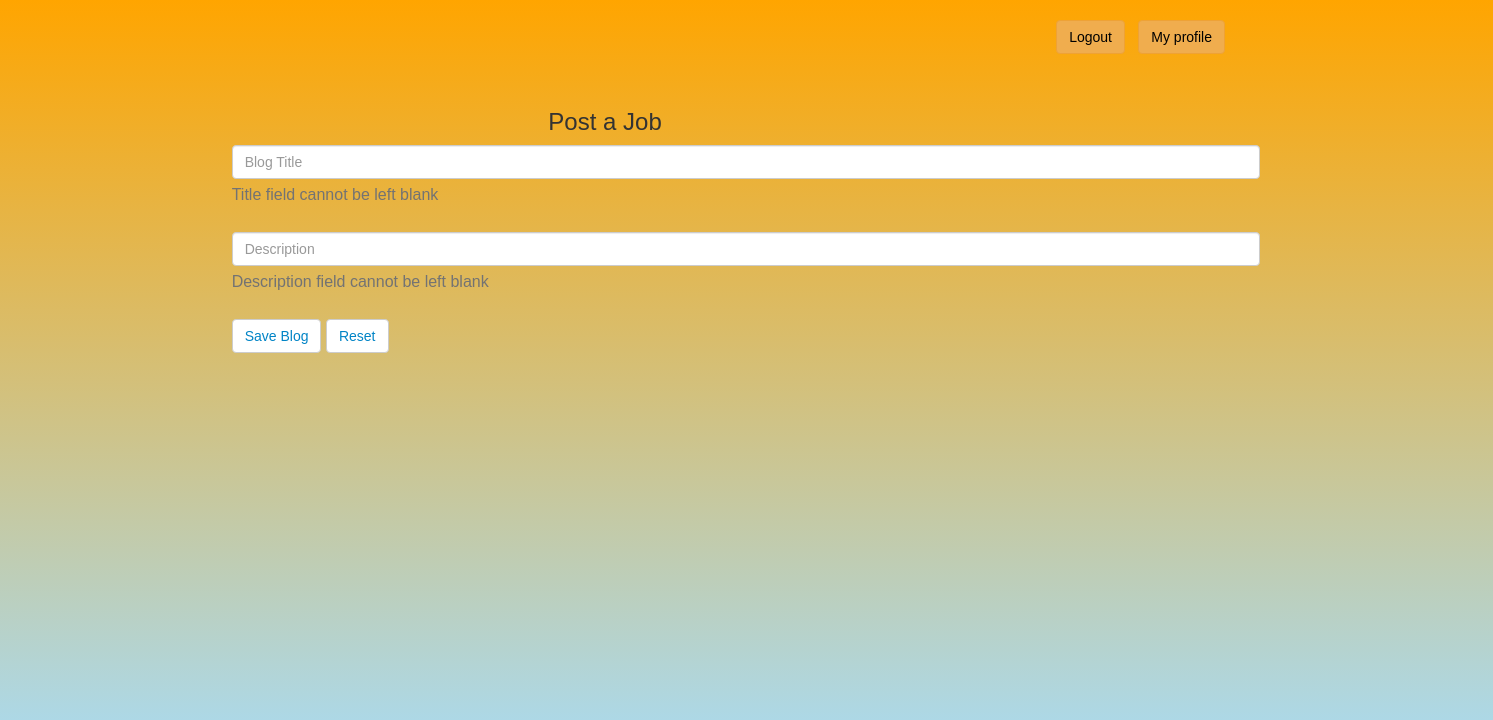
Repository: KaustubhKamat/CollaborationPlatform
Page: CollaborationFrontEnd/WebContent/c_job/postJob.html
These files come from the project's save history. The page is drawn as it stood at one moment and after the next save; the edit follows.
The browser window is 1280 px wide. The page is 1493 px wide, so the pictures cover 1493 px, including what lies to the right of the window. The pictures show the whole page.
Some web libraries are served in a nearby version.

Above is the page before, as saved 2017-03-19 11:29:02.

After the next save:
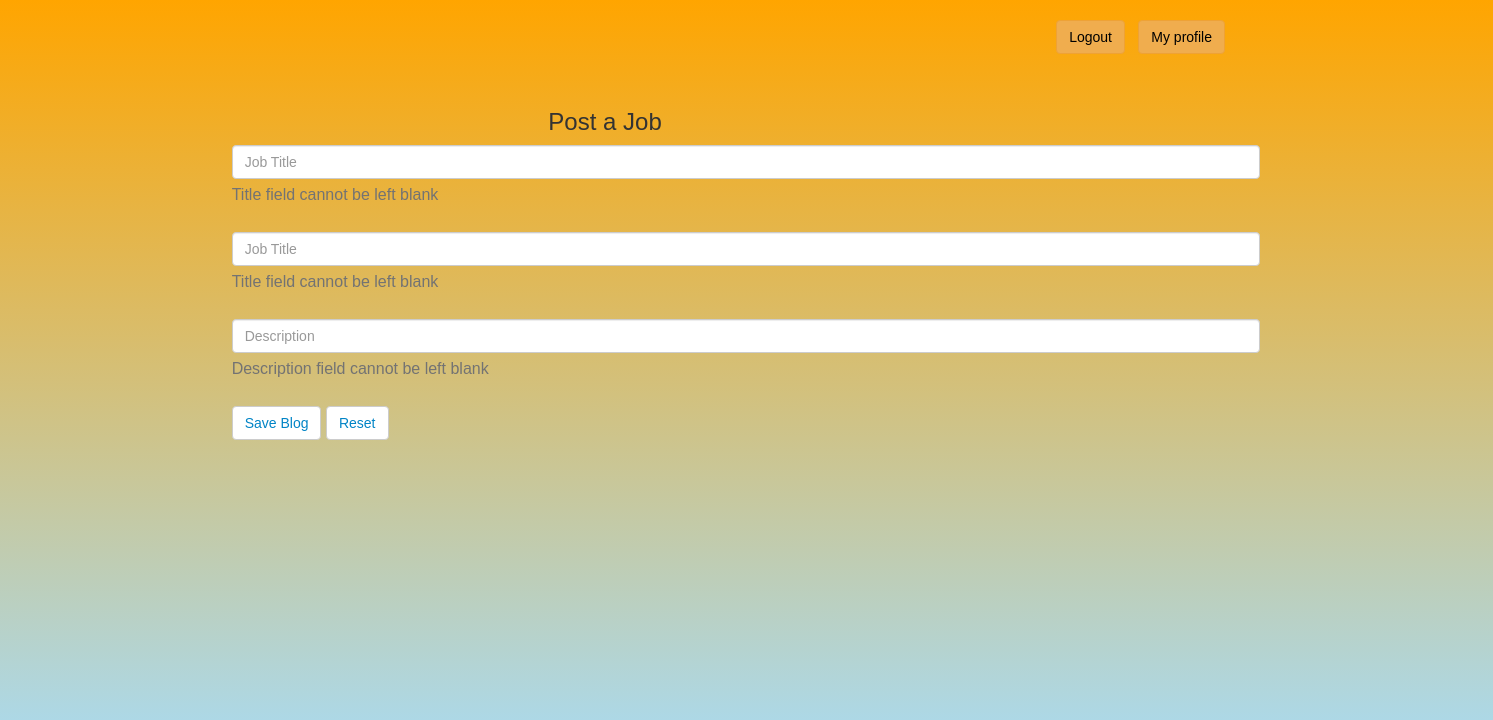
Saved 43 s later.
--- a/CollaborationFrontEnd/WebContent/c_job/postJob.html
+++ b/CollaborationFrontEnd/WebContent/c_job/postJob.html
@@ -80,10 +80,19 @@ h2 {
 
 		<div class="form-group" ng-class="{'has-error' : form.title.$dirty && form.title.$error.required}">
     <div class="col-sm-offset-2 col-sm-10">
-      <input type="text" class="form-control" placeholder="Blog Title" ng-model="ctrl.job.title" id="" name="title" required>
+      <input type="text" class="form-control" placeholder="Job Title" ng-model="ctrl.job.title" id="" name="title" required>
       <span ng-show="form.title.$dirty && form.title.$error.required" class="help-block">Title field cannot be left blank</span>
     </div>
   </div>
+
+  <div class="form-group" ng-class="{'has-error' : form.title.$dirty && form.title.$error.required}">
+    <div class="col-sm-offset-2 col-sm-10">
+      <input type="text" class="form-control" placeholder="Job Title" ng-model="ctrl.job.title" id="" name="title" required>
+      <span ng-show="form.title.$dirty && form.title.$error.required" class="help-block">Title field cannot be left blank</span>
+    </div>
+  </div>
+
+
 
    <div class="form-group" ng-class="{'has-error' : form.description.$dirty && form.description.$error.required}">
     <div class="col-sm-offset-2 col-sm-10">
